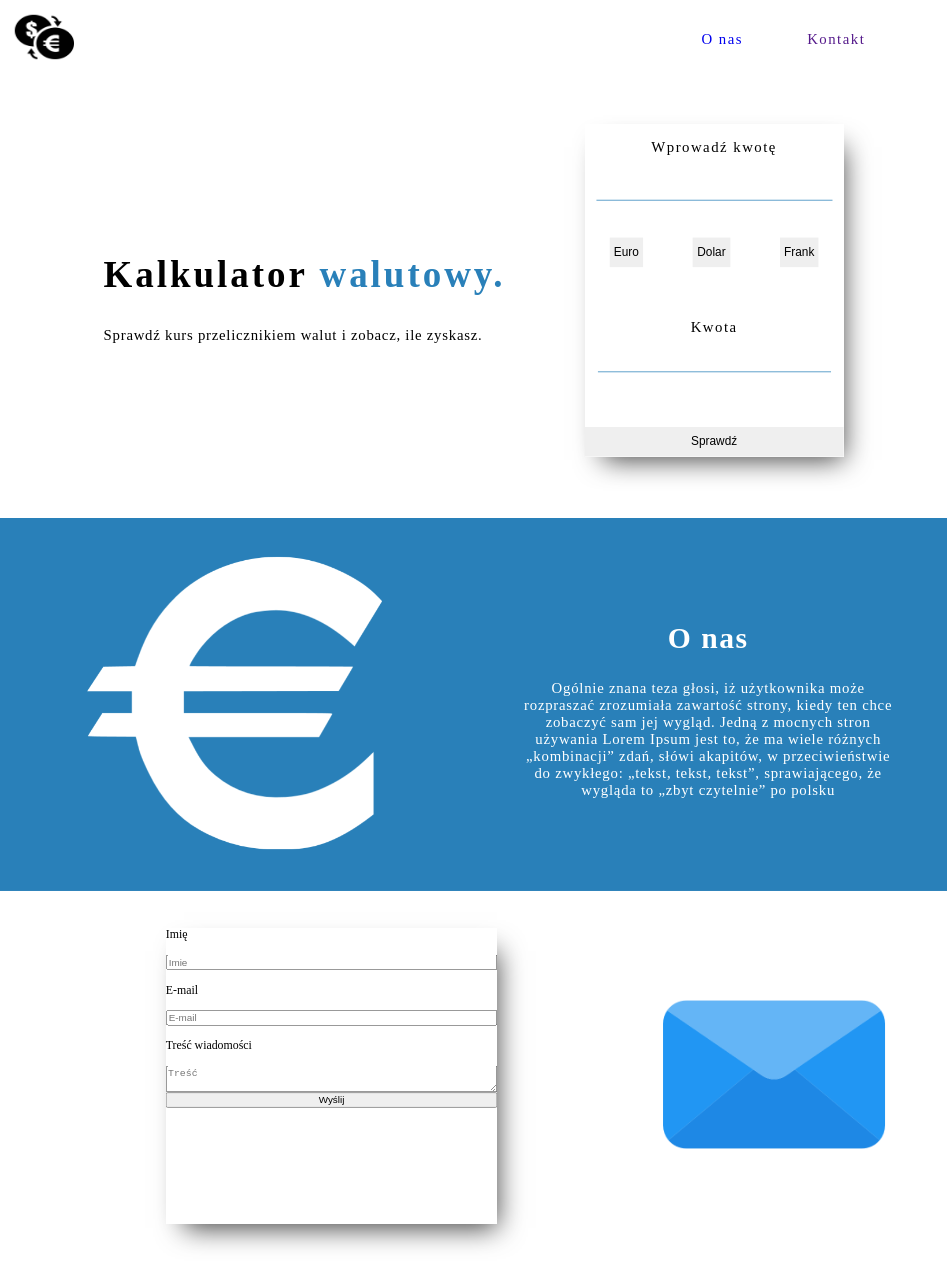
Repository: SebastianArmata22/Kalkulator-walut
Page: index.html
An editor plug-in stored every save of this project. The page is shown before and after the next save, followed by the edit.
The browser window is 1280 px wide. The pictures show the whole page, at 74% of full size.

Above is the page before, as saved 2020-10-24 14:04:24.

After the next save:
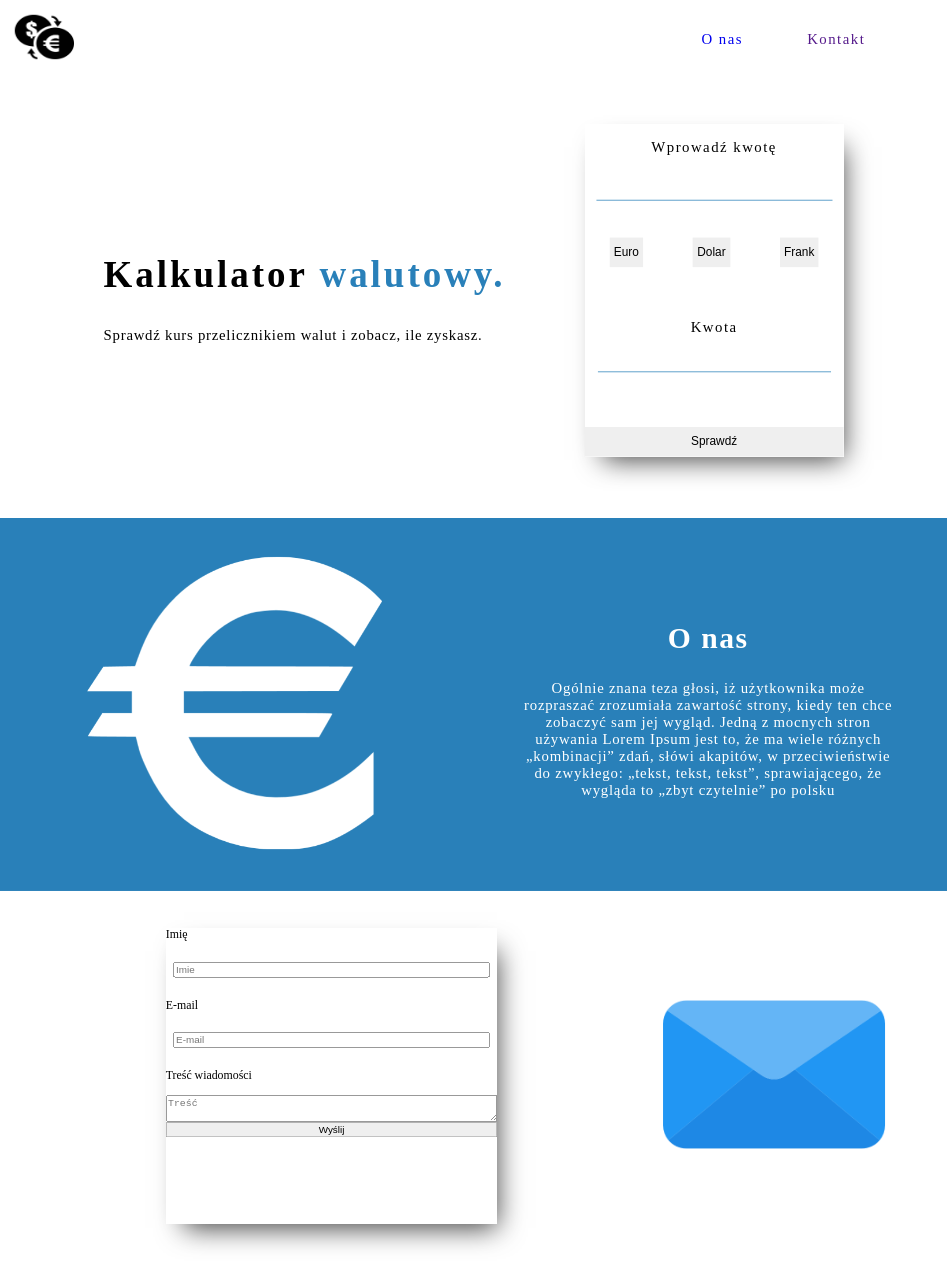
Saved 7 s later.
--- a/style.css
+++ b/style.css
@@ -166,7 +166,7 @@ margin-bottom: 50px;
     height: 400px;
 
 }
-.contact-form input textarea{
+.contact-form input {
     margin: 10px;
 }
 
